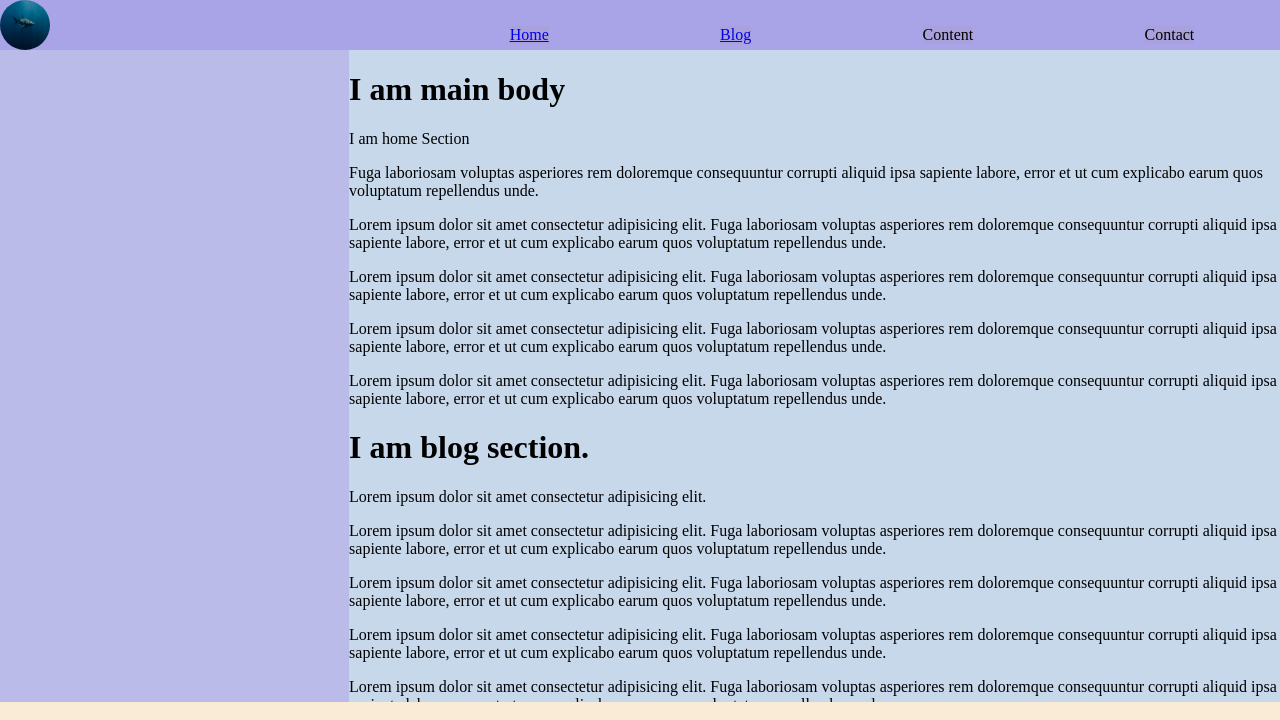
Repository: purnimapatel/fish-world
Page: index.html
These files come from the project's save history. The page is drawn as it stood at one moment and after the next save; the edit follows.
The browser window is 1280 px wide. The pictures show the whole page.
An inner scrolling area shows only its first screen.

Above is the page before, as saved 2024-08-25 13:23:18.

### index.html
<!DOCTYPE html>
<html lang="en">
<head>
    <meta charset="UTF-8">
    <meta name="viewport" content="width=device-width, initial-scale=1.0">
    <title>Document</title>
    <link  rel = "stylesheet" type = "text/css" href = "style.css"/>

    <!-- <link rel="stylesheet" type="text/css" href="styles.css"> -->

</head>
<body>
    <div class=" container">
        <div class = "navbar">
            <div id="logo">
                <a href="https://www.google.com/" target=" _blank"><img  id = "img1"src = "\img\image1.jpg"></a>
            </div>
            <div id = "list-content">
                <ul id="list">
                    <a href="#home"><li>Home</li></a>
                    <a href ="#blog"><li>Blog</li></a>
                    <li>Content</li>
                    <li>Contact</li>
                </ul>
            </div>

        </div>
        <div class="lower">
        <div class ="leftPanel">
        </div>
        <div class = "mainBody">
            <h1>I am main body</h1>
            <div id="home">
                <p>I am home Section</p>
                Fuga laboriosam voluptas asperiores rem doloremque consequuntur corrupti aliquid ipsa sapiente labore, error et ut cum explicabo earum quos voluptatum repellendus unde.</p>
            <p>Lorem ipsum dolor sit amet consectetur adipisicing elit. Fuga laboriosam voluptas asperiores rem doloremque consequuntur corrupti aliquid ipsa sapiente labore, error et ut cum explicabo earum quos voluptatum repellendus unde.</p>
            <p>Lorem ipsum dolor sit amet consectetur adipisicing elit. Fuga laboriosam voluptas asperiores rem doloremque consequuntur corrupti aliquid ipsa sapiente labore, error et ut cum explicabo earum quos voluptatum repellendus unde.</p>
            <p>Lorem ipsum dolor sit amet consectetur adipisicing elit. Fuga laboriosam voluptas asperiores rem doloremque consequuntur corrupti aliquid ipsa sapiente labore, error et ut cum explicabo earum quos voluptatum repellendus unde.</p>
            <p>Lorem ipsum dolor sit amet consectetur adipisicing elit. Fuga laboriosam voluptas asperiores rem doloremque consequuntur corrupti aliquid ipsa sapiente labore, error et ut cum explicabo earum quos voluptatum repellendus unde.</p>

            </div>
            <div id ="Blog">
                <h1> I am blog section.</h1>
                <p>Lorem ipsum dolor sit amet consectetur adipisicing elit.
                    <p>Lorem ipsum dolor sit amet consectetur adipisicing elit. Fuga laboriosam voluptas asperiores rem doloremque consequuntur corrupti aliquid ipsa sapiente labore, error et ut cum explicabo earum quos voluptatum repellendus unde.</p>
                    <p>Lorem ipsum dolor sit amet consectetur adipisicing elit. Fuga laboriosam voluptas asperiores rem doloremque consequuntur corrupti aliquid ipsa sapiente labore, error et ut cum explicabo earum quos voluptatum repellendus unde.</p>
                    <p>Lorem ipsum dolor sit amet consectetur adipisicing elit. Fuga laboriosam voluptas asperiores rem doloremque consequuntur corrupti aliquid ipsa sapiente labore, error et ut cum explicabo earum quos voluptatum repellendus unde.</p>
                    <p>Lorem ipsum dolor sit amet consectetur adipisicing elit. Fuga laboriosam voluptas asperiores rem doloremque consequuntur corrupti aliquid ipsa sapiente labore, error et ut cum explicabo earum quos voluptatum repellendus unde.</p>
                    <p>Lorem ipsum dolor sit amet consectetur adipisicing elit. Fuga laboriosam voluptas asperiores rem doloremque
            </div>
            consequuntur corrupti aliquid ipsa sapiente labore, error et ut cum explicabo earum quos voluptatum repellendus unde.</p>
            <p>Lorem ipsum dolor sit amet consectetur adipisicing elit. Fuga laboriosam voluptas asperiores rem doloremque consequuntur corrupti aliquid ipsa sapiente labore, error et ut cum explicabo earum quos voluptatum repellendus unde.</p>



        </div>
    </div>
    </div>

</body>
</html>

### style.css
body{
   margin: 0;
   padding:0;
   display: flex;
   height:100vh;
   align-items: center;
   justify-content: center;
}
.container{
    height: 100vh;
    width:100vw;
    background-color:antiquewhite;

}
.navbar{
    width:100vw;
    height:50px;
    background-color:rgb(169, 164, 231);
    margin-bottom: 0;
    display: flex;
    justify-content: space-between;

}
.lower{
    display: flex;
}
.leftPanel{
    margin-top: 0px;
    width:30%;
    height:90.5vh;
    background-color:rgb(186, 187, 233);
}
.mainBody{
    background-color:rgb(200, 216, 235);
    height: 90.5vh;
    width:80%;
    overflow: scroll;

}
#img1{
    height: 50px;
    width:50px;
    background-size: cover;
    border-radius: 50px;
    cursor:pointer;

}
#list{
    display: flex;
    padding-top: 10px;
    list-style-type: none;
    justify-content: space-around;
}
#list li{
    cursor: pointer;
    background-color:rgba(158, 139, 139, 0.119)
}
#list-content{
    width: 70%
}

After the next save:
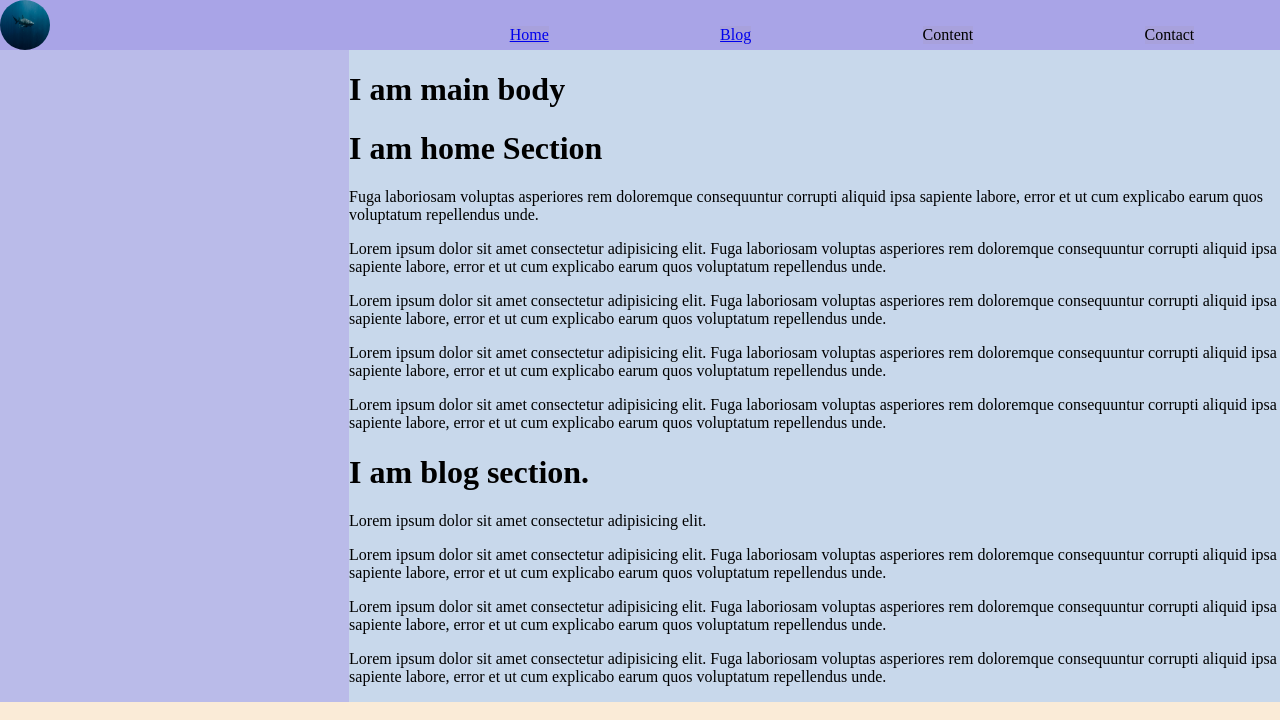
Saved 43 s later.
--- a/index.html
+++ b/index.html
@@ -31,7 +31,7 @@
         <div class = "mainBody">
             <h1>I am main body</h1>
             <div id="home">
-                <p>I am home Section</p>
+                <h1>I am home Section</h1>
                 Fuga laboriosam voluptas asperiores rem doloremque consequuntur corrupti aliquid ipsa sapiente labore, error et ut cum explicabo earum quos voluptatum repellendus unde.</p>
             <p>Lorem ipsum dolor sit amet consectetur adipisicing elit. Fuga laboriosam voluptas asperiores rem doloremque consequuntur corrupti aliquid ipsa sapiente labore, error et ut cum explicabo earum quos voluptatum repellendus unde.</p>
             <p>Lorem ipsum dolor sit amet consectetur adipisicing elit. Fuga laboriosam voluptas asperiores rem doloremque consequuntur corrupti aliquid ipsa sapiente labore, error et ut cum explicabo earum quos voluptatum repellendus unde.</p>
